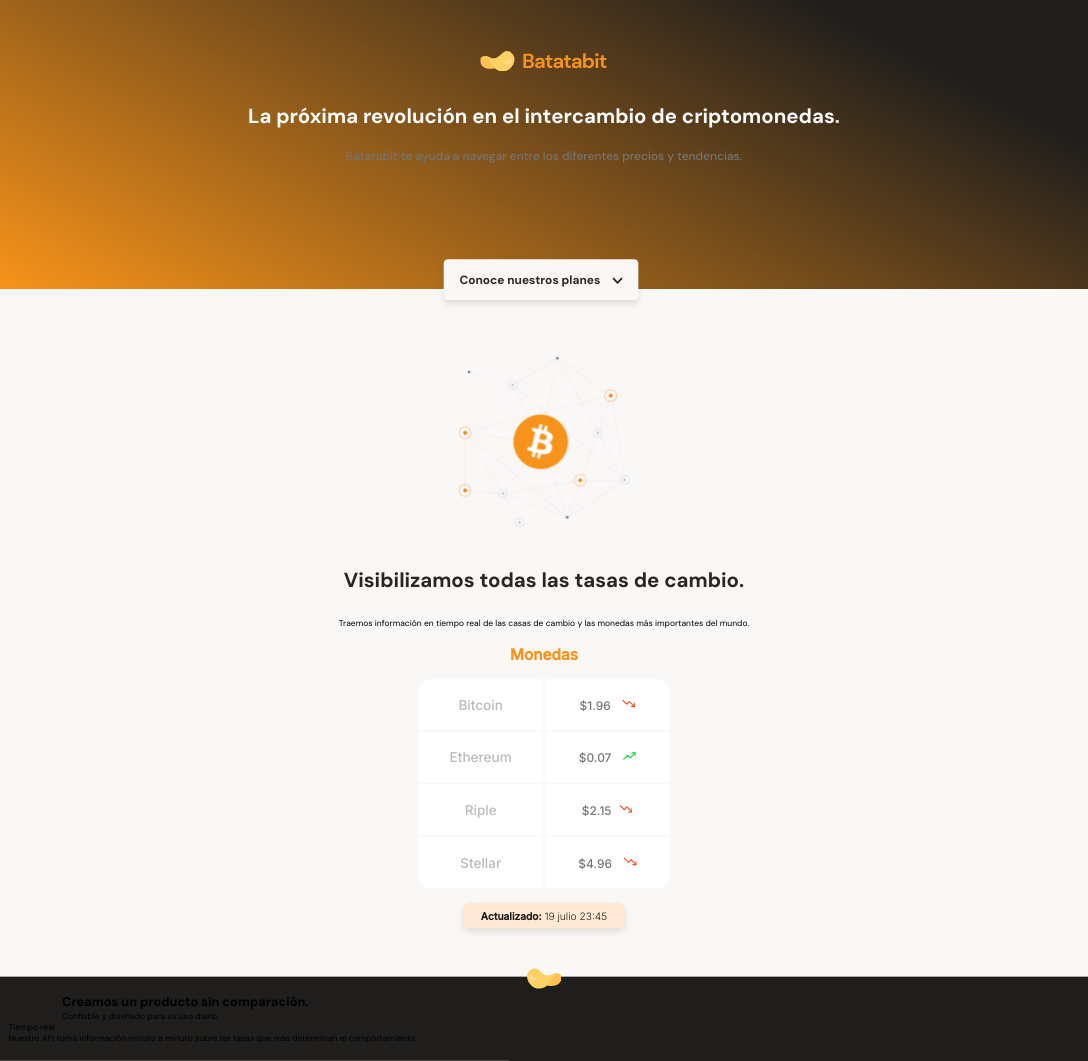
Repository: elto82/mobileFirst
Page: index.html
An editor plug-in stored every save of this project. The page is shown before and after the next save, followed by the edit.
The browser window is 1280 px wide. The pictures show the whole page, at 85% of full size.
Some web fonts or font styles are not loaded; a fallback is used.

Above is the page before, as saved 2022-06-08 17:54:19.

After the next save:
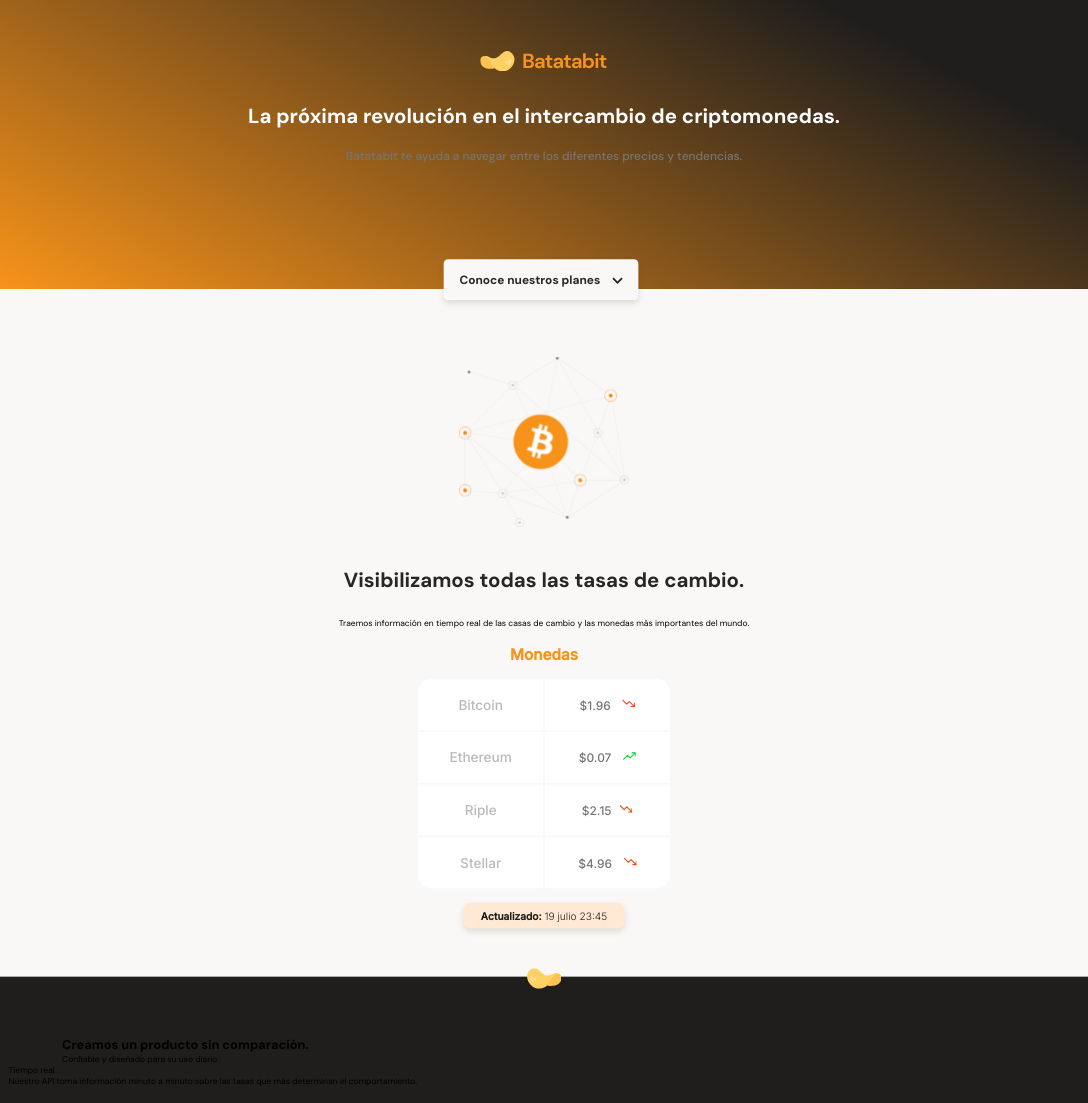
Saved 31 s later.
--- a/style.css
+++ b/style.css
@@ -244,4 +244,5 @@
     min-width: 28.8rem;
     height: auto;
     margin: 0 auto;
-}
+    margin-top: 5rem;
+}
